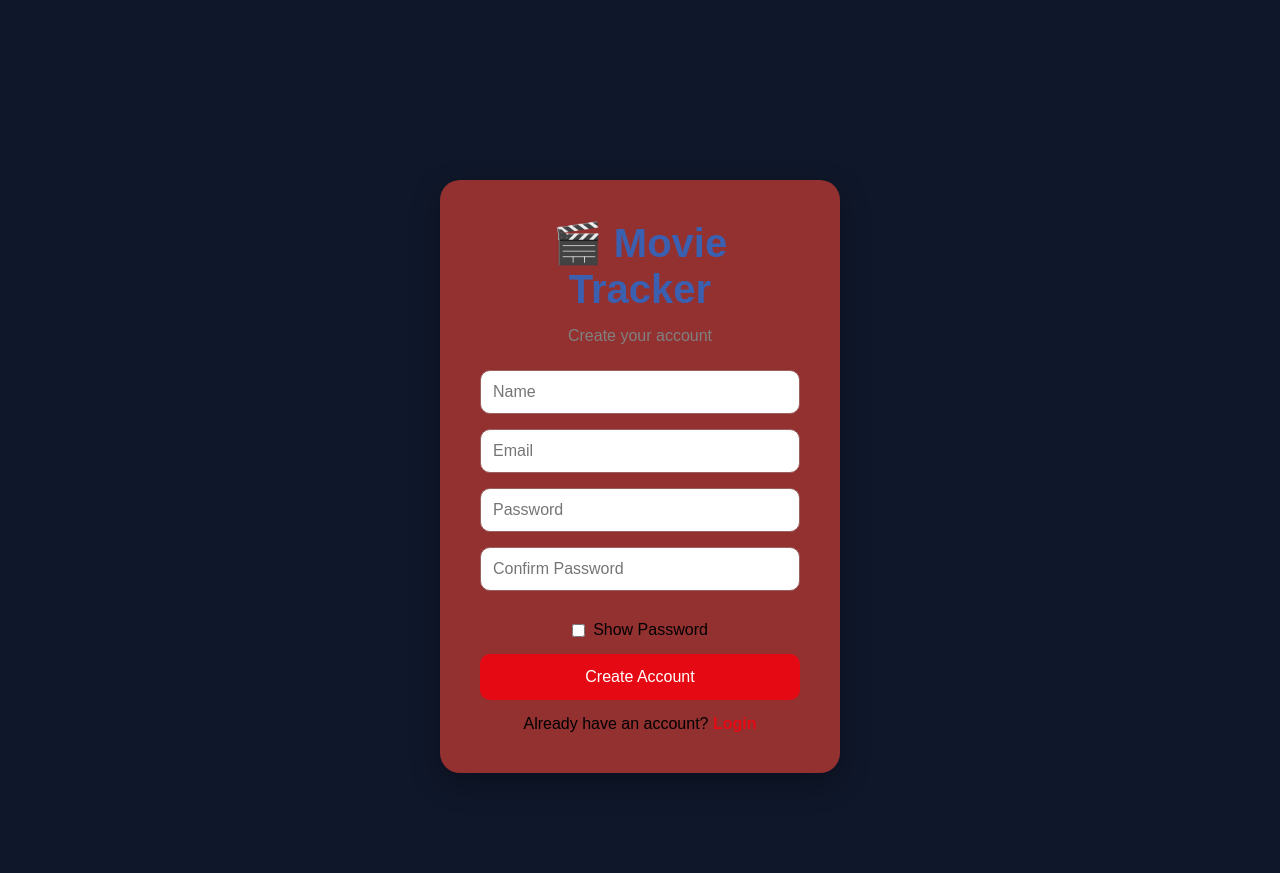
Repository: Dinesh-Codebais/movie-tracker
Page: signup.html
The author's editor kept a copy of each file at every save. The page is drawn from the files as they stood at one save, then again after a run of saves.
The browser window is 1280 px wide. The pictures show the whole page.

Above is the page before, as saved 2026-06-22 10:56:25.
Console error: TypeError: Cannot read properties of null (reading 'addEventListener')

After the next 2 saves:
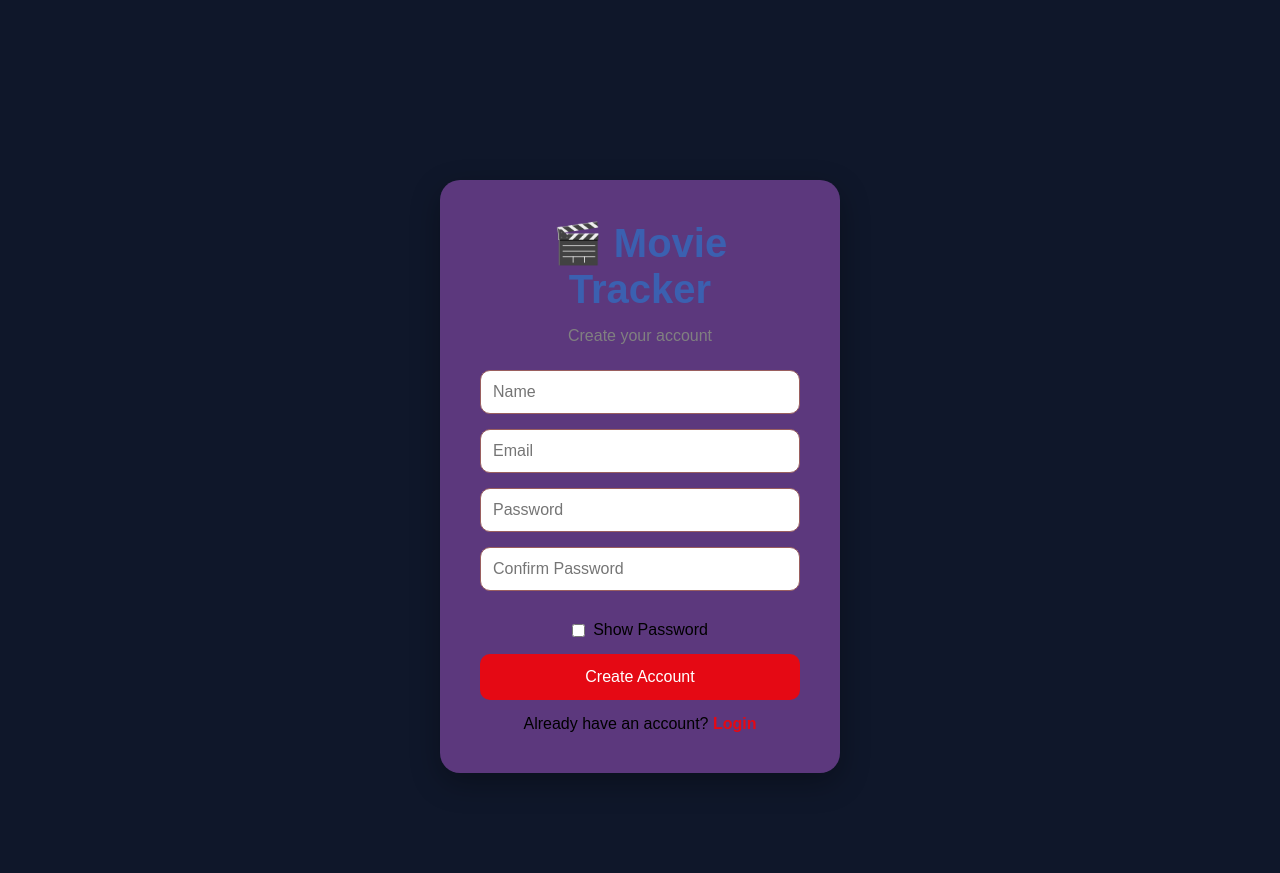
The 2 saves are shown as one change because they came seconds apart.
The last was saved 18 s later.
--- a/style.css
+++ b/style.css
@@ -533,7 +533,7 @@ body{
     width:400px;
     margin:100px auto;
     padding:40px;
-    background:rgb(147, 48, 48);
+    background:rgb(92, 56, 125);
     border-radius:20px;
     box-shadow:0 10px 30px rgba(0,0,0,0.3);
 }
